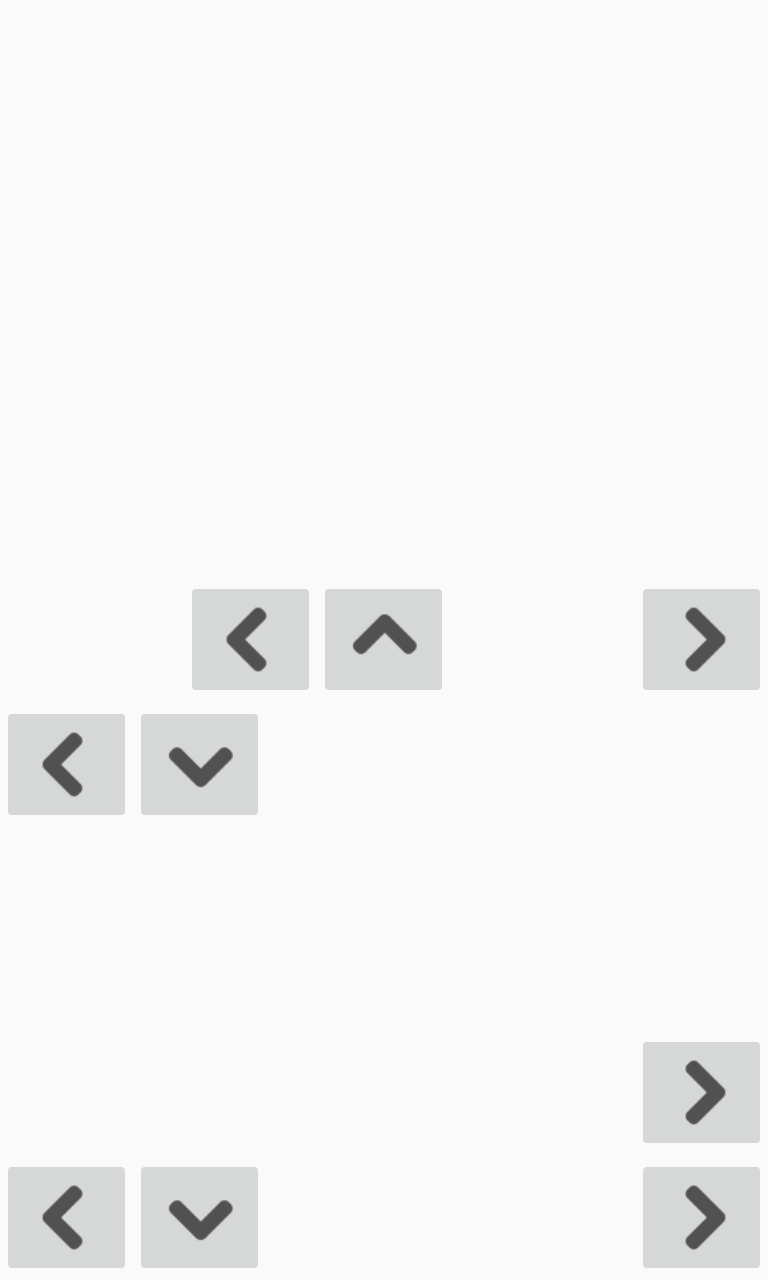
Repository: cjsatuforc/Bobina
Layout: source/android/Bobina/res/layout/control.xml
The author's editor kept a copy of each file at every save. The layout is drawn from the files as they stood at one save, then again after the next save.
It is drawn on a 768 x 1280 px phone screen (xhdpi) without system bars, with theme AppTheme; the app's code is not run.

Above is the layout before, as saved 2015-04-25 23:50:39.

### source/android/Bobina/res/layout/control.xml
<?xml version="1.0" encoding="utf-8"?>
<RelativeLayout xmlns:android="http://schemas.android.com/apk/res/android"
    android:layout_width="match_parent"
    android:layout_height="match_parent"
    android:orientation="vertical" >

    <ImageButton
        android:id="@+id/imageButton2"
        android:layout_width="wrap_content"
        android:layout_height="wrap_content"
        android:layout_alignParentBottom="true"
        android:layout_toRightOf="@+id/imageButton3"
        android:src="@drawable/back" />

    <ImageButton
        android:id="@+id/imageButton4"
        android:layout_width="wrap_content"
        android:layout_height="wrap_content"
        android:layout_above="@+id/imageButton2"
        android:layout_alignParentRight="true"
        android:src="@drawable/right" />

    <ImageButton
        android:id="@+id/imageButton3"
        android:layout_width="wrap_content"
        android:layout_height="wrap_content"
        android:layout_alignParentLeft="true"
        android:layout_below="@+id/imageButton1"
        android:src="@drawable/left" />

    <ImageButton
        android:id="@+id/ImageButton01"
        android:layout_width="wrap_content"
        android:layout_height="wrap_content"
        android:layout_above="@+id/imageButton3"
        android:layout_toLeftOf="@+id/imageButton1"
        android:src="@drawable/left" />

    <ImageButton
        android:id="@+id/ImageButton02"
        android:layout_width="wrap_content"
        android:layout_height="wrap_content"
        android:layout_alignParentLeft="true"
        android:layout_below="@+id/imageButton4"
        android:src="@drawable/left" />

    <ImageButton
        android:id="@+id/ImageButton03"
        android:layout_width="wrap_content"
        android:layout_height="wrap_content"
        android:layout_above="@+id/imageButton3"
        android:layout_alignParentRight="true"
        android:src="@drawable/right" />

    <ImageButton
        android:id="@+id/imageButton1"
        android:layout_width="wrap_content"
        android:layout_height="wrap_content"
        android:layout_centerHorizontal="true"
        android:layout_centerVertical="true"
        android:src="@drawable/up" />

    <ImageButton
        android:id="@+id/ImageButton04"
        android:layout_width="wrap_content"
        android:layout_height="wrap_content"
        android:layout_alignParentBottom="true"
        android:layout_alignParentRight="true"
        android:src="@drawable/right" />

    <ImageButton
        android:id="@+id/ImageButton05"
        android:layout_width="wrap_content"
        android:layout_height="wrap_content"
        android:layout_alignLeft="@+id/imageButton2"
        android:layout_alignTop="@+id/imageButton3"
        android:src="@drawable/back" />

</RelativeLayout>

### source/android/Bobina/res/values-v11/styles.xml
<resources xmlns:android="http://schemas.android.com/apk/res/android">

    <!--
        Base application theme for API 11+. This theme completely replaces
        AppBaseTheme from res/values/styles.xml on API 11+ devices.
    -->
    <style name="AppBaseTheme" parent="Theme.AppCompat.Light">
        <!-- API 11 theme customizations can go here. -->
    </style>

    <!-- Titles of project -->
    <style name="AppTitle" parent="AppBaseTheme">
        <item name="android:textSize">32sp</item>
        <item name="android:gravity">center</item>
    </style>

</resources>

Loaded but not shown: source/android/Bobina/res/values/styles.xml (common file); source/android/Bobina/res/values-v14/styles.xml (common file)

After the next save:
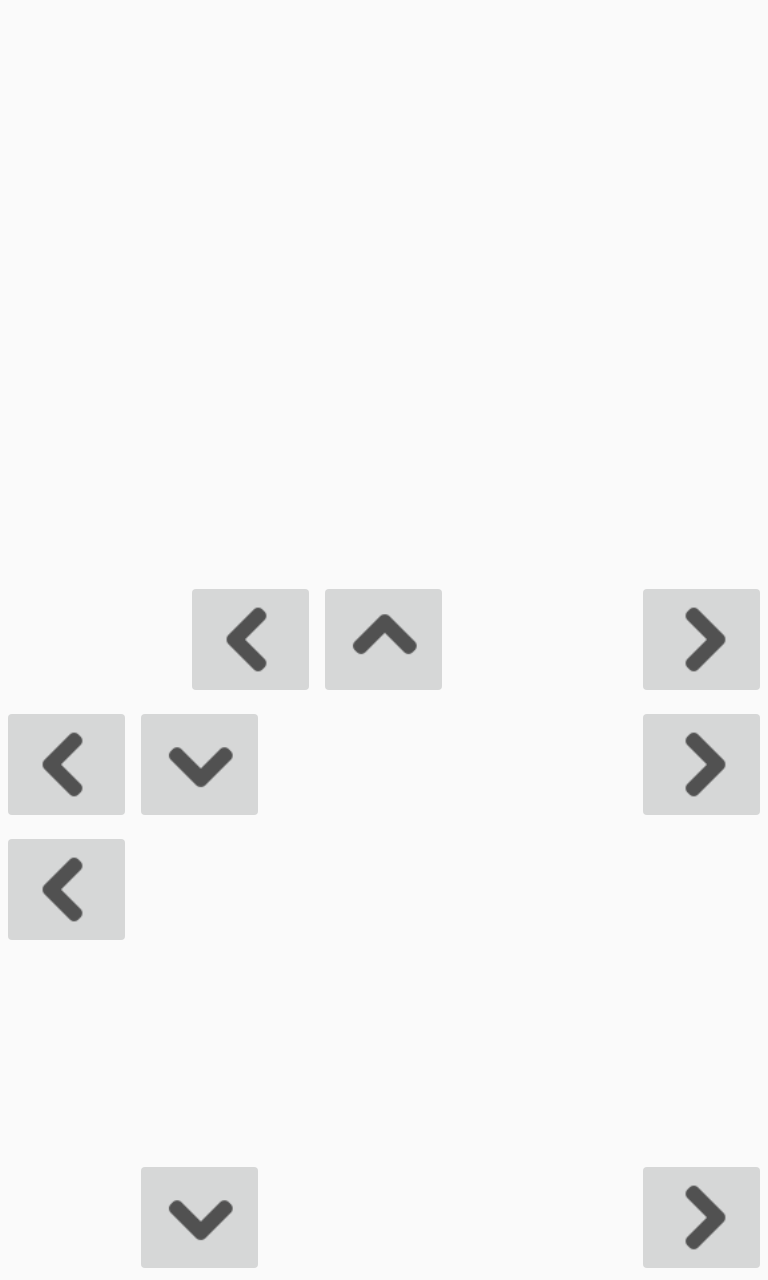
Saved 18 s later.
--- a/source/android/Bobina/res/layout/control.xml
+++ b/source/android/Bobina/res/layout/control.xml
@@ -11,14 +11,6 @@
         android:layout_alignParentBottom="true"
         android:layout_toRightOf="@+id/imageButton3"
         android:src="@drawable/back" />
-
-    <ImageButton
-        android:id="@+id/imageButton4"
-        android:layout_width="wrap_content"
-        android:layout_height="wrap_content"
-        android:layout_above="@+id/imageButton2"
-        android:layout_alignParentRight="true"
-        android:src="@drawable/right" />
 
     <ImageButton
         android:id="@+id/imageButton3"
@@ -76,4 +68,12 @@
         android:layout_alignTop="@+id/imageButton3"
         android:src="@drawable/back" />
 
+    <ImageButton
+        android:id="@+id/imageButton4"
+        android:layout_width="wrap_content"
+        android:layout_height="wrap_content"
+        android:layout_alignParentRight="true"
+        android:layout_alignTop="@+id/ImageButton05"
+        android:src="@drawable/right" />
+
 </RelativeLayout>
